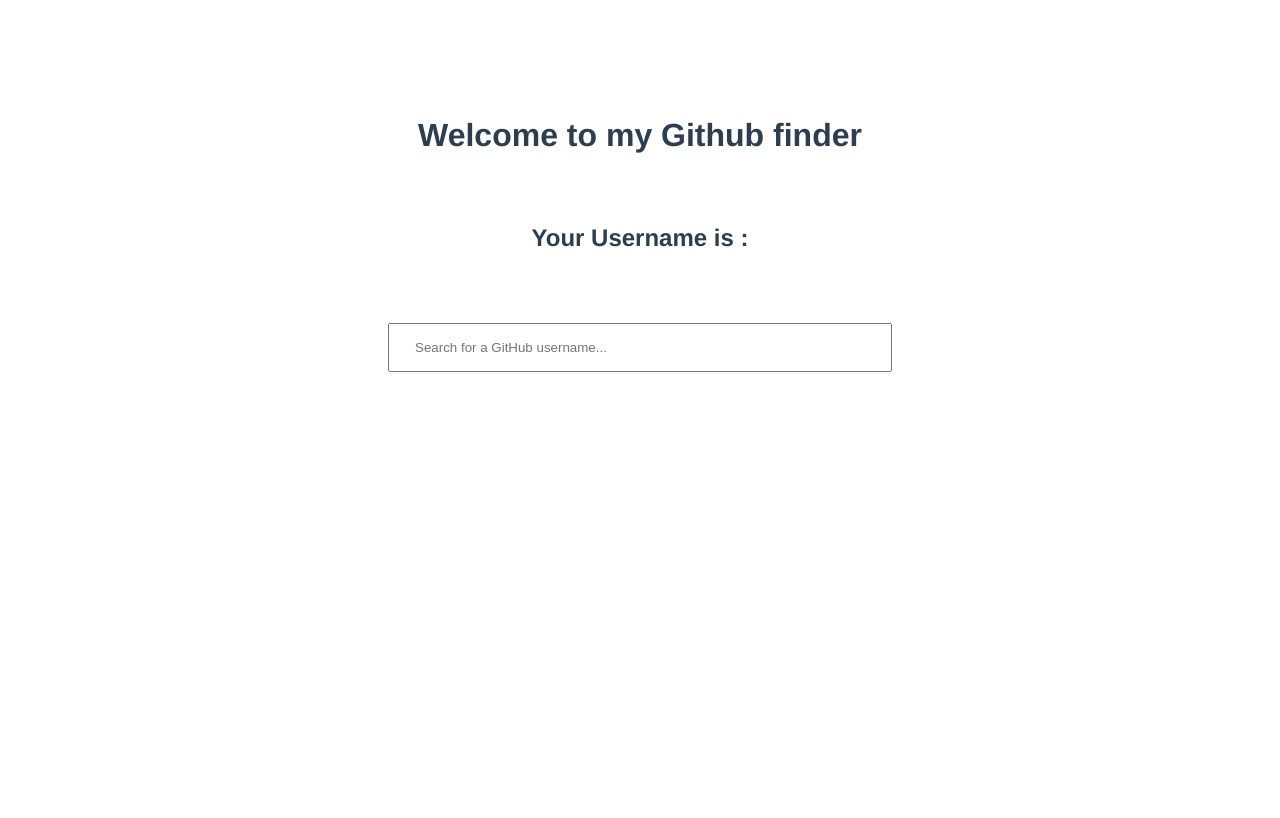
Repository: Syfon01/githubfinderApp
Page: /
These files come from the project's save history. The page is drawn as it stood at one moment and after the next save; the edit follows.
The browser window is 1280 px wide. The pictures show the whole page.
The project was rebuilt for these pictures with package versions that can differ from the ones it lists, and the page was loaded fresh each time.

Above is the page before, as saved 2020-02-06 14:49:35.
Console error: TypeError: Cannot read properties of undefined (reading 'protocol')

After the next save:
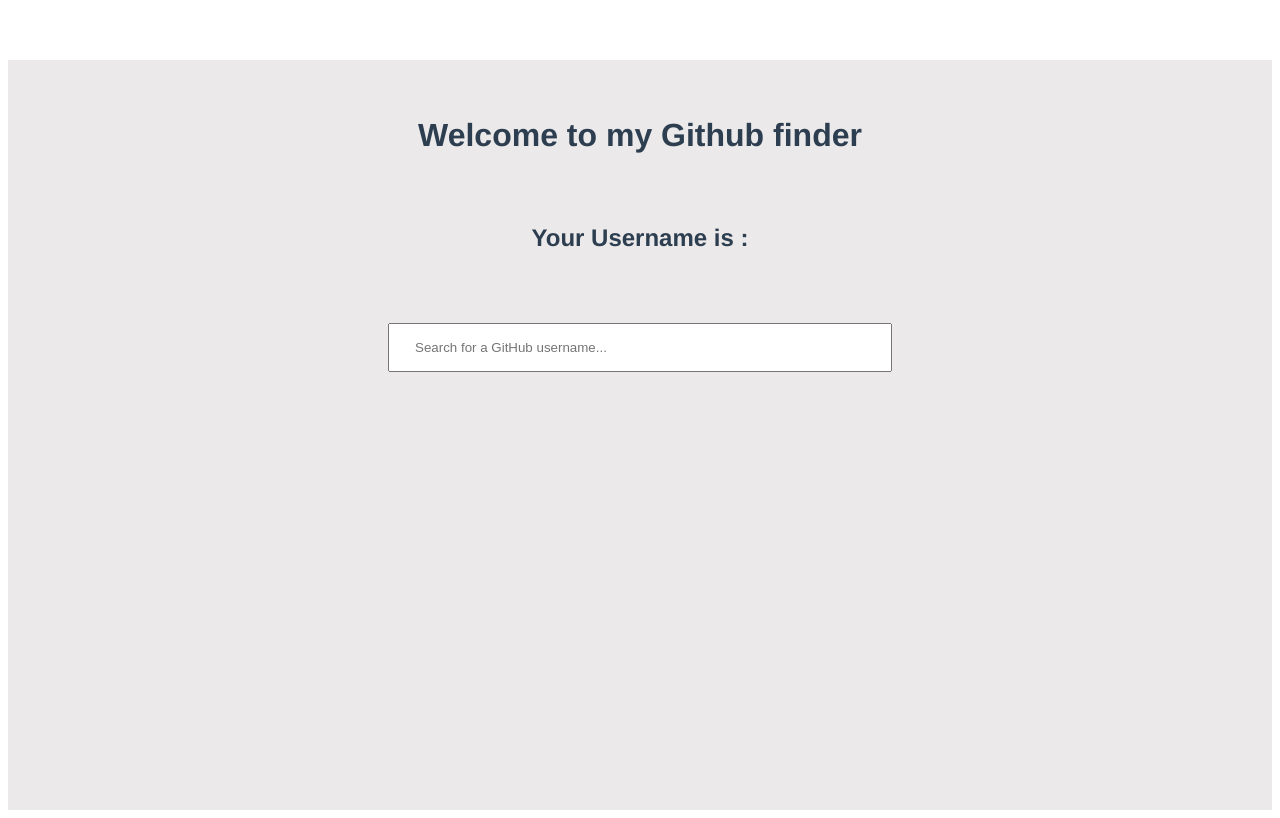
Saved 13 s later.
--- a/src/components/Finder.vue
+++ b/src/components/Finder.vue
@@ -121,7 +121,7 @@
     color: rgb(112, 130, 150);
 }
 #main{
-  /* background: rgb(235, 233, 233); */
+  background: rgb(235, 233, 233);
   height: auto;
   min-height: 100vh;
   padding: 15px 0px;
